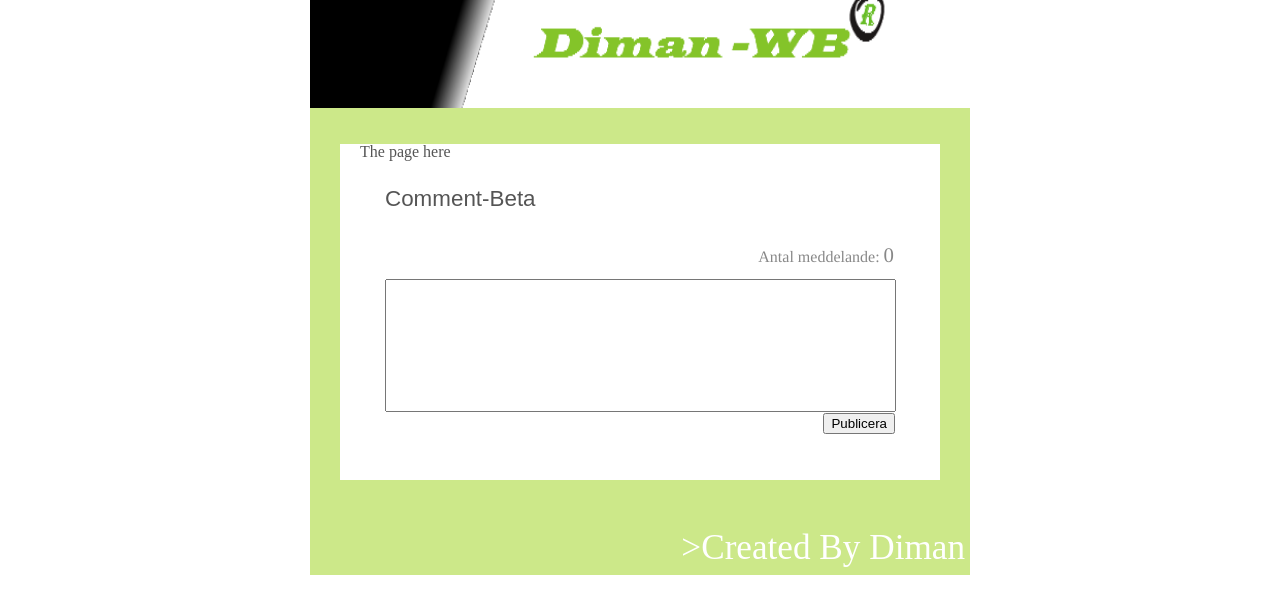
Repository: dn222em/1dv403-laborationer
Page: 2-labbymezzage/index.html
The author's editor kept a record of every edit. The page is drawn from the files as they stood at one moment, then again after the next edit.
The browser window is 1280 px wide. The pictures show the whole page.

Above is the page before.

After the next edit:
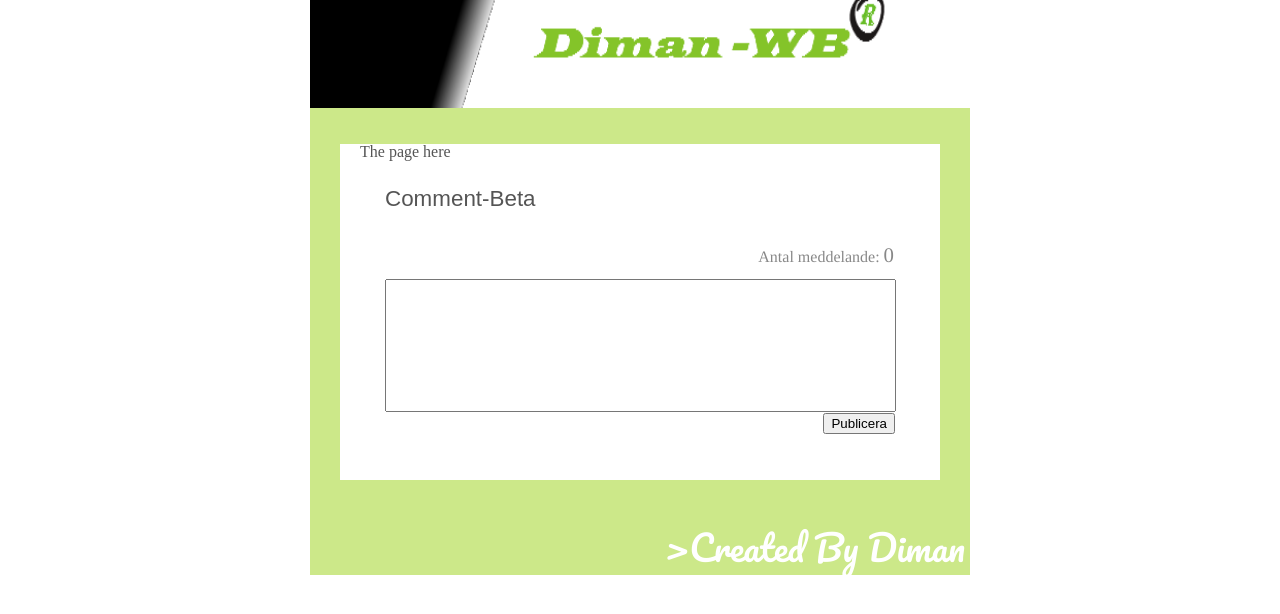
The edit:
--- a/2-labbymezzage/style.css
+++ b/2-labbymezzage/style.css
@@ -93,6 +93,7 @@
 }
 
 footer p {
+	font-family:'Pacifico', cursive;
 	font-size:2.2em;
 	text-align:right;
 	color:#fff;
